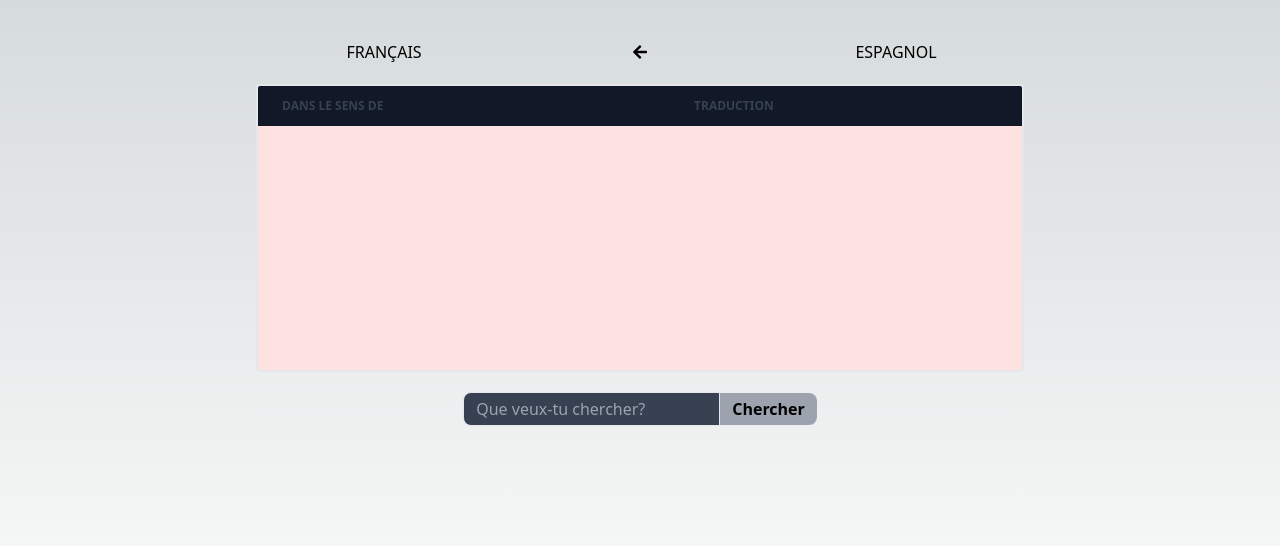
Repository: All-Khwarizmi/Dico
Page: /
An editor plug-in stored every save of this project. The page is shown before and after the next save, followed by the edit.
The browser window is 1280 px wide. The pictures show the whole page.
An inner scrolling area shows only its first screen. The project was rebuilt for these pictures with package versions that can differ from the ones it lists, and the page was loaded fresh each time. The framework's server and built-in components were replaced by stand-ins that run in the browser. Also part of the build but not shown: next.config.js, vite.config.ts.

Above is the page before, as saved 2023-02-17 18:27:19.

After the next save:
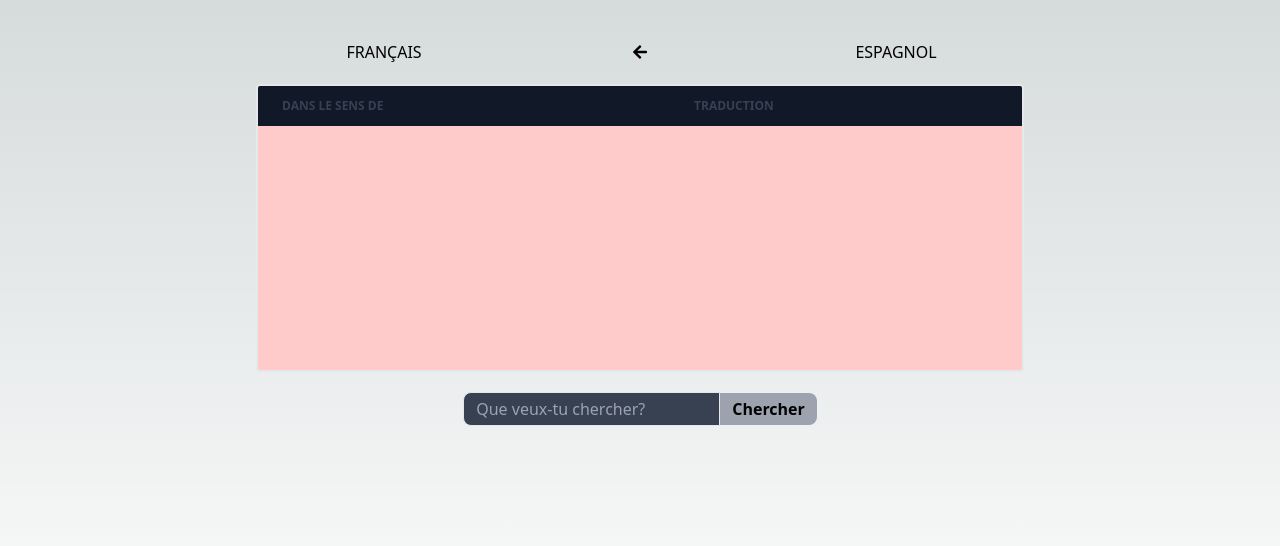
Saved 8 s later.
--- a/src/app/page.tsx
+++ b/src/app/page.tsx
@@ -108,7 +108,7 @@ export default function Home() {
         )}
       </div>
       <div className='flex h-[100%] flex-col items-center gap-5'>
-        <div className=' h-[40%] max-h-[40%] w-[60%] overflow-scroll rounded border-2 border-solid bg-red-100'>
+        <div className=' h-[40%] max-h-[40%] w-[60%] overflow-scroll rounded border-2 border-solid bg-red-200'>
           <div className='text-black '>
             <div className=''>
               <table className='  relative w-full text-left text-sm text-gray-500 dark:text-gray-400'>
